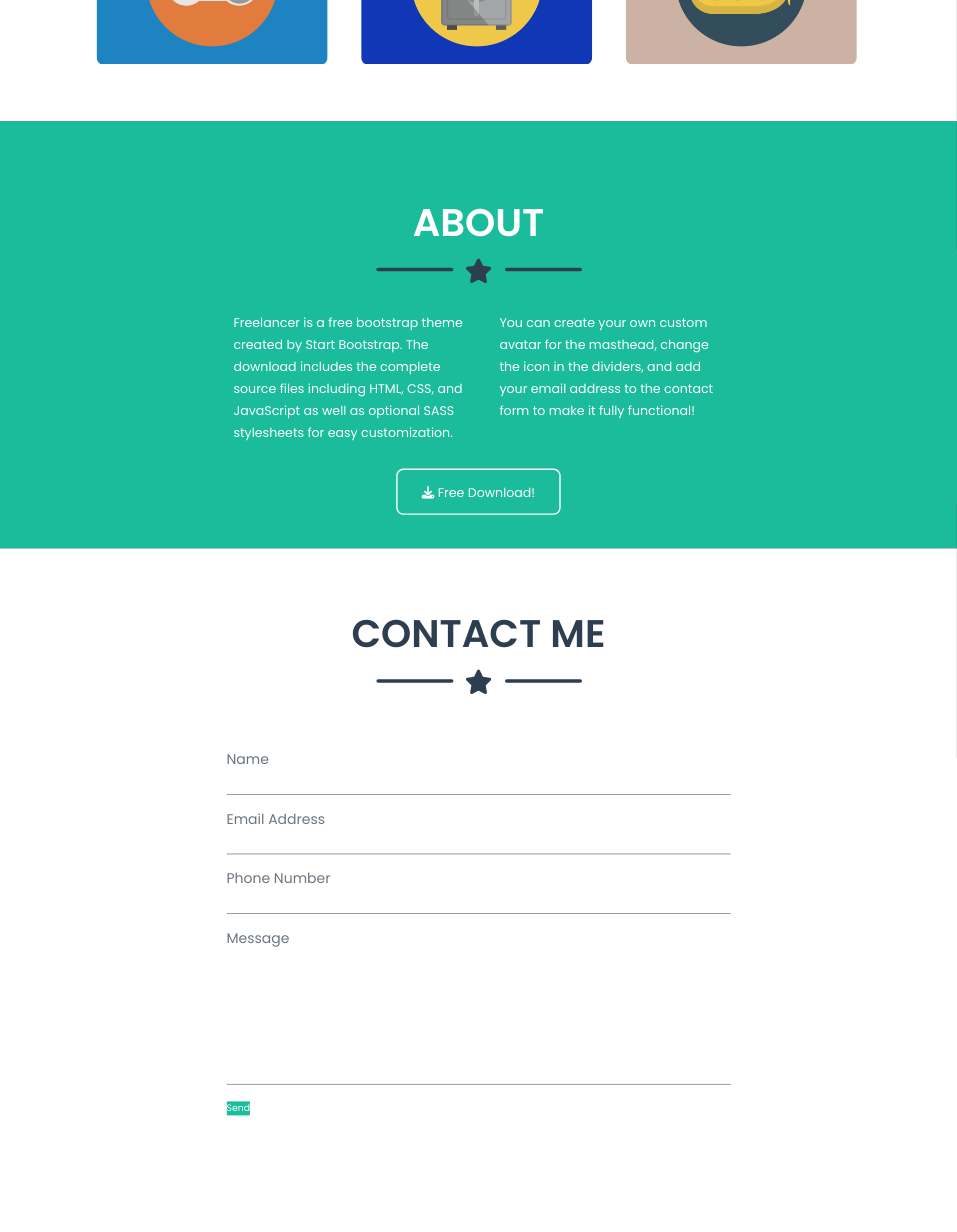
Repository: sSoRaK/web-cut-by-figma_train
Page: bai02/index.html
These files come from the project's save history. The page is drawn as it stood at one moment and after the next save; the edit follows.
The browser window is 1280 px wide. The page is 1367 px wide, so the pictures cover 1367 px, including what lies to the right of the window. The pictures show the part of the page from y = 1459 to 3219 px (the page is 3219 px tall), at 70% of full size.

Above is the page before, as saved 2023-06-02 14:44:31.

### bai02/index.html
<!DOCTYPE html>
<html lang="en">
  <head>
    <meta charset="UTF-8" />
    <meta http-equiv="X-UA-Compatible" content="IE=edge" />
    <meta name="viewport" content="width=device-width, initial-scale=1.0" />
    <title>Start Bootstrap</title>
    <link rel="stylesheet" href="./style.css" />
    <link
      href="https://fonts.googleapis.com/css2?family=Poppins:wght@100;200;300;400;500;600&display=swap"
      rel="stylesheet"
    />
    <link
      rel="stylesheet"
      href="https://cdnjs.cloudflare.com/ajax/libs/font-awesome/6.4.0/css/all.min.css"
      integrity="sha512-iecdLmaskl7CVkqkXNQ/ZH/XLlvWZOJyj7Yy7tcenmpD1ypASozpmT/E0iPtmFIB46ZmdtAc9eNBvH0H/ZpiBw=="
      crossorigin="anonymous"
      referrerpolicy="no-referrer"
    />
  </head>
  <body>
    <div class="container">
      <!-- header menu -->
      <header>
        <div class="header-logo">
          <h2>Start Bootstrap</h2>
        </div>
        <nav>
          <ul>
            <li><a href="#">PORTFOLIO</a></li>
            <li><a href="#">ABOUT</a></li>
            <li><a href="#">CONTACT</a></li>
          </ul>
        </nav>
      </header>
      <!-- header menu -->
      <!-- main -->
      <main>
        <!-- block 01 -->
        <section class="block01">
          <img
            src="./resources/avataaars.png"
            alt="avatar"
            srcset="./resources/avataaars.png 2x"
          />
          <h3>START BOOTSTRAP</h3>
          <div class="star-line">
            <i class="fa-solid fa-star"></i>
          </div>
          <p>Graphic Artist - Web Designer - Illustrator</p>
        </section>
        <!-- block 01 -->

        <!-- block 02 -->
        <section class="block02">
          <h4>PORTFOLIO</h4>
          <div class="star-line">
            <i class="fa-solid fa-star"></i>
          </div>
          <div class="img-list">
            <img
              src="./resources/cabin.png"
              alt="cabin"
              srcset="./resources/cabin.png 2x"
            />
            <img
              src="./resources/cake.png"
              alt="cake"
              srcset="./resources/cake.png"
            />
            <img
              src="./resources/circus.png"
              alt="circus"
              srcset="./resources/circus.png 2x"
            />
            <img
              src="./resources/game.png"
              alt="game"
              srcset="./resources/game.png 2x"
            />
            <img
              src="./resources/safe.png"
              alt="safe"
              srcset="./resources/safe.png 2x"
            />
            <img
              src="./resources/submarine.png"
              alt="submarine"
              srcset="./resources/submarine.png 2x"
            />
          </div>
        </section>
        <!-- block 02 -->

        <!-- block 03 -->
        <section class="block03">
          <h4>ABOUT</h4>
          <div class="star-line">
            <i class="fa-solid fa-star"></i>
          </div>
          <div iv class="content">
            <div class="left-content">
              Freelancer is a free bootstrap theme created by Start Bootstrap.
              The download includes the complete source files including HTML,
              CSS, and JavaScript as well as optional SASS stylesheets for easy
              customization.
            </div>
            <div class="right-content">
              You can create your own custom avatar for the masthead, change the
              icon in the dividers, and add your email address to the contact
              form to make it fully functional!
            </div>
          </div>
          <button><i class="fa-solid fa-download"></i> Free Download!</button>
        </section>
        <!-- block 03 -->

        <!-- block 04 -->
        <section class="block04 contact-me">
          <h4>CONTACT ME</h4>
          <div class="star-line">
            <i class="fa-solid fa-star"></i>
          </div>
          <div class="form">
            <form action="#" method="post">
              <div class="block">
                <label for="name">Name</label>
                <input type="text" name="name" id="name" />
              </div>
              <div class="block">
                <label for="email">Email Address</label>
                <input type="email" name="email" id="email" />
              </div>
              <div class="block">
                <label for="phone-number">Phone Number</label>
                <input type="number" name="phone-number" id="phone-number" />
              </div>
              <div class="block">
                <label for="message">Message</label>
                <textarea
                  name="message"
                  id="message"
                  style="resize: none"
                ></textarea>
              </div>
              <div class="send-btn">
                <input type="submit" value="Send" />
              </div>
            </form>
          </div>
        </section>
        <!-- block 04 -->
      </main>
      <!-- main -->
    </div>
  </body>
</html>

### bai02/style.css
* {
  margin: 0;
  padding: 0;
  box-sizing: border-box;
  font-family: "Poppins", sans-serif;
  list-style: none;
  text-decoration: none;
}
body {
  background-color: #0e0e0e;
  height: 2400px;
}
.container {
  width: 1367px;
  background-color: #2c3e50;
  margin: 0 auto;
}
/* header menu */
header {
  height: 100px;
  color: #ffffff;
  display: flex;
  justify-content: space-between;
  align-items: center;
  margin: 0 155px 0 130px;
}
.header-logo {
  text-transform: uppercase;
  font-weight: 700;
  font-size: 20px;
  cursor: pointer;
}
nav ul {
  display: flex;
  gap: 40px;
}

ul li a {
  color: #ffffff;
  font-weight: 600;
  font-size: 18px;
}
/* header menu */
/* main */

/* block 01 */
.block01 {
  /* position: relative; */
  height: 680px;
  background-color: #1abc9c;
  color: #ffffff;
  text-align: center;
  padding: 102px 0;
}
.block01 img {
  width: 250px;
  height: 250px;
  margin-bottom: 30px;
}
.block01 h3 {
  font-size: 65px;
}
.star-line {
  margin-bottom: 20px;
}
.block01 p {
  font-size: 20px;
}
/* block 01 */
/* block 02 */
.block02 {
  height: 852px;
  background-color: #ffffff;
  color: #ffffff;
  padding: 80px 0;
}
.block02 h4,
.block03 h4,
.block04 h4 {
  text-align: center;
  color: #2c3e50;
  font-size: 55px;
  margin-bottom: 10px;
}
/* làm star line */
.star-line {
  position: relative;
  color: #2c3e50;
  text-align: center;
}
.fa-star {
  font-size: 35px;
}
.star-line::before {
  position: absolute;
  content: "";
  width: 110px;
  height: 5px;
  bottom: 50%;
  left: 50%;
  background-color: #2c3e50;
  transform: translateX(-133%);
  border-radius: 10px;
}
.star-line::after {
  position: absolute;
  content: "";
  width: 110px;
  height: 5px;
  bottom: 50%;
  right: 50%;
  background-color: #2c3e50;
  transform: translateX(134%);
  border-radius: 10px;
}
/* phần image list */
.img-list {
  display: grid;
  grid-template-rows: repeat(2, 240px);
  grid-template-columns: repeat(3, 330px);
  gap: 48px;
  margin: 32px 138px 0 138px;
}
.img-list img {
  width: 330px;
  height: 240px;
  object-fit: contain;
  border-radius: 10px;
}
/* block 02 */

/* block 03 */
.block03 {
  height: 610px;
  background-color: #1abc9c;
  text-align: center;
  padding: 102px 0;
}
.block03 h4 {
  color: #ffffff;
}
.content {
  display: flex;
  width: 700px;
  height: 180px;
  margin: 38px auto 45px auto;
  column-gap: 50px;
  color: #ffffff;
}
.left-content,
.right-content {
  font-size: 18px;
  line-height: 1.75em;
  text-align: left;
}
.left-content {
  width: 330px;
}
.right-content {
  width: 320px;
}
/* button */
.block03 button {
  width: 235px;
  height: 66px;
  background-color: transparent;
  border: 2px solid #ffffff;
  border-radius: 10px;
  color: #ffffff;
  cursor: pointer;
  font-size: 18px;
}
/* block 03 */

/* block 04 */
.block04 {
  height: 977px;
  background-color: #fff;
  padding: 80px 0;
}
.form {
  width: 720px;
  height: 610px;
  margin: 75px auto;
}
.block {
  width: 100%;
  height: 65px;
  margin-bottom: 20px;
}
.block label {
  color: #6c757d;
  font-size: 20px;
}
.block input,
.block #message {
  display: block;
  width: 100%;
  border: none;
  border-bottom: 1.5px solid #6c757d;
  margin-top: 15px;
}
.block textarea {
  height: 180px;
}
.send-btn {
  margin-top: 180px;
}
.send-btn input {
  border: none;
  color: #fff;
  background-color: #1abc9c;
}
/* block 04 */

/* main */

After the next save:
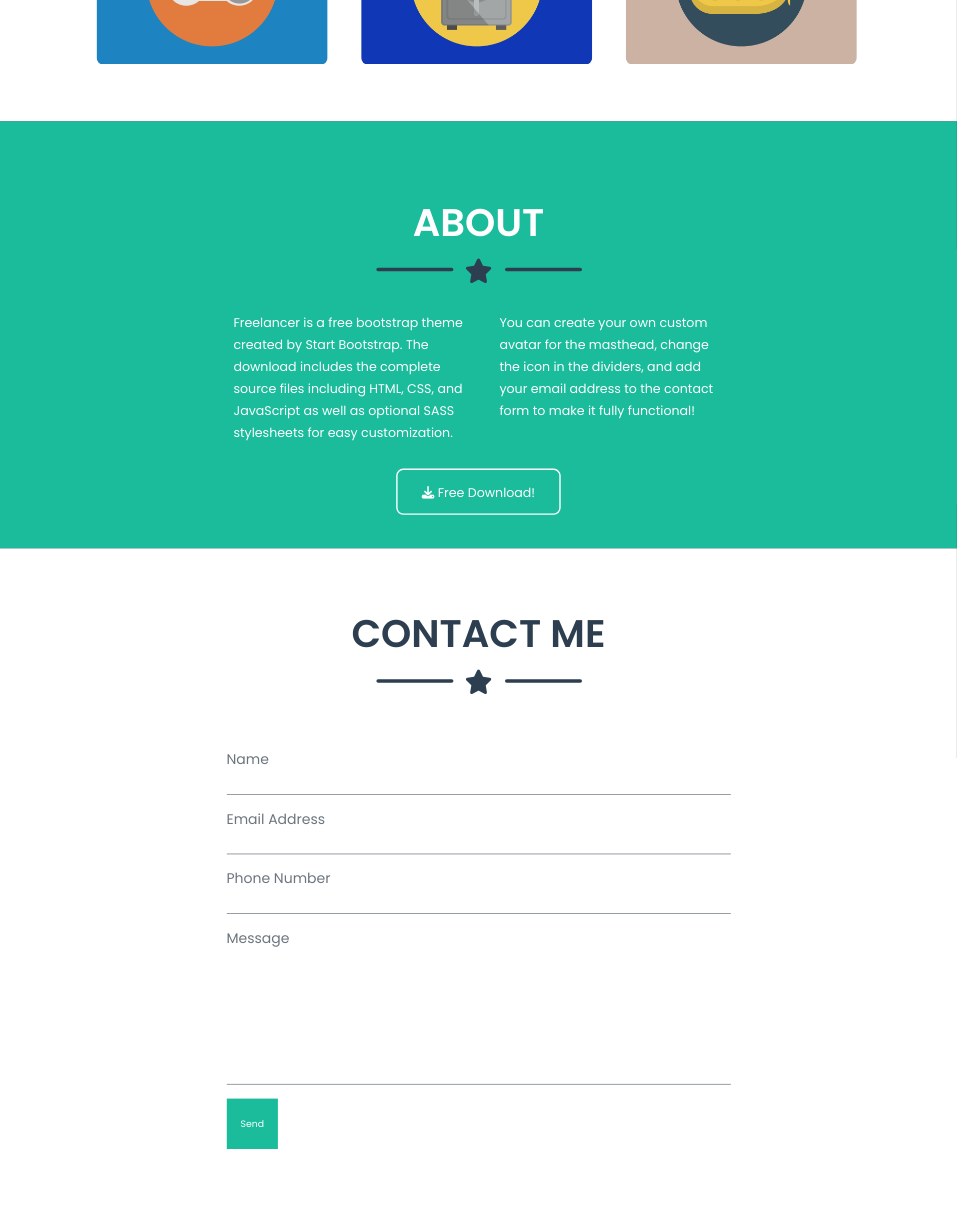
Saved 24 s later.
--- a/bai02/style.css
+++ b/bai02/style.css
@@ -210,6 +210,7 @@ ul li a {
   border: none;
   color: #fff;
   background-color: #1abc9c;
+  padding: 26px 20px;
 }
 /* block 04 */
 
